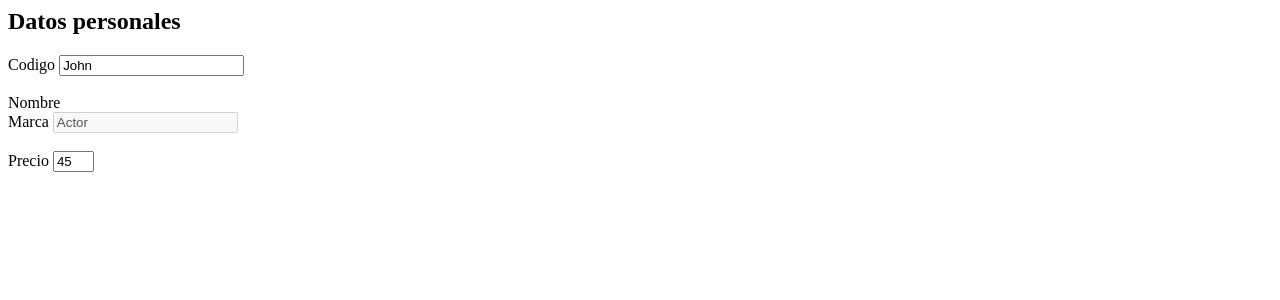
Repository: Alemartinez97/New-Repository
Page: programacion-3/tp3/formProducto.html
The author's editor kept a copy of each file at every save. The page is drawn from the files as they stood at one save, then again after the next save.
The browser window is 1280 px wide. The pictures show the whole page.

Above is the page before, as saved 2020-06-04 17:51:39.

### programacion-3/tp3/formProducto.html
<html>
<head>
	<title>Cuadros de texto</title>
        <!--Esta línea a continuación sirve para que los caracteres
         como la ñ o tildes se visualicen correctamente-->
	<meta charset="UTF-8">
</head>
<body>
<!--Creamos una caja llamada contenedor. div es una etiqueta
contenedora que actúa como caja contenedora de otros elementos.
Cobra sentido con el uso de CSS-->
<div id="contenedor">
	<h2 id="encabezado">Datos personales</h2>
	<form id="formulario1" name="formulario1" method="post" action="data.php">
		<label for="">Codigo</label>
        <input type="text" name="nombre" id="nombre" value="John"><br>
    </br>
        <label for="">Nombre</label>
    </br>
		<label for="">Marca</label>
        <input type="text" name="profesion" id="profesion" value="Actor" disabled="disabled"><br>
    </br>
		<label for="">Precio</label>
		<input type="text" name="edad" id="edad" size="2" maxlength="2" value="45"><br>
	</form>
</div>
</body>
</html>

After the next save:
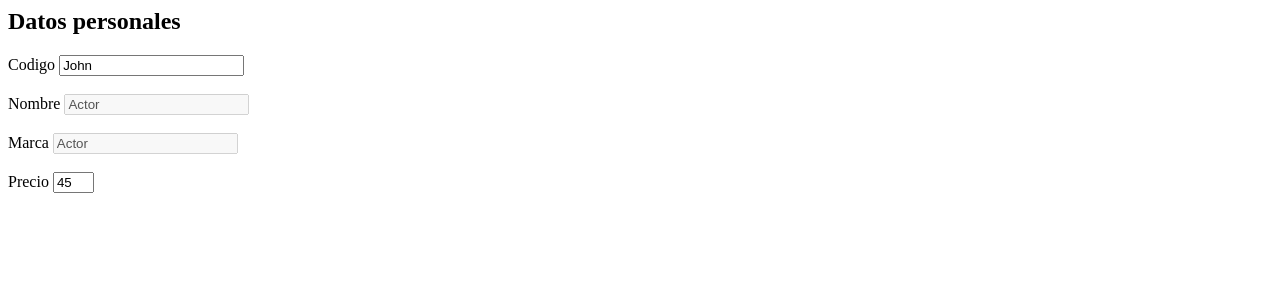
Saved 42 s later.
--- a/programacion-3/tp3/formProducto.html
+++ b/programacion-3/tp3/formProducto.html
@@ -16,6 +16,7 @@ Cobra sentido con el uso de CSS-->
         <input type="text" name="nombre" id="nombre" value="John"><br>
     </br>
         <label for="">Nombre</label>
+        <input type="text" name="profesion" id="profesion" value="Actor" disabled="disabled"><br>
     </br>
 		<label for="">Marca</label>
         <input type="text" name="profesion" id="profesion" value="Actor" disabled="disabled"><br>
